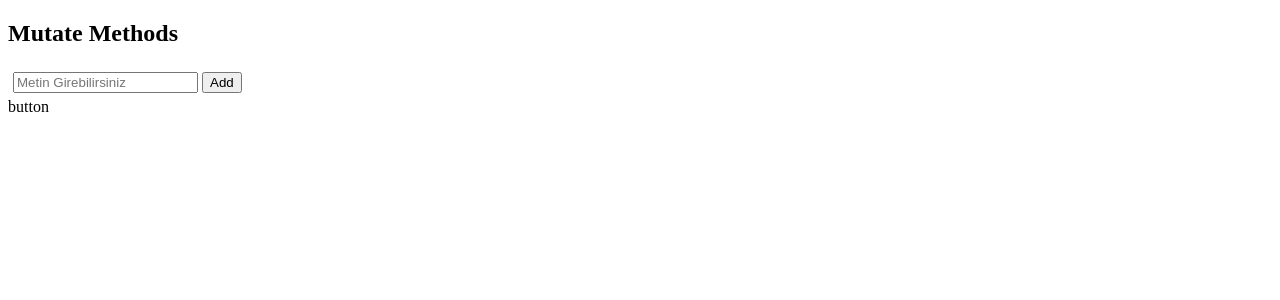
Repository: GorkemTurhan89/jsTutorial
Page: day13/51-b-practice.html
These files come from the project's save history. The page is drawn as it stood at one moment and after a run of saves; the edit follows.
The browser window is 1280 px wide. The pictures show the whole page.

Above is the page before, as saved 2024-06-20 22:24:50.

### day13/51-b-practice.html
<!DOCTYPE html>
<html lang="en">
<head>
    <meta charset="UTF-8">
    <meta name="viewport" content="width=device-width, initial-scale=1.0">
    <title>Mutate Practice Array</title>
    <style>
        .searchAndClick{
            padding: 5px;
            text-align: left;
        }
    </style>
</head>
<body>
    <h2>Mutate Methods</h2>

    <div class="searchAndClick">
        <input type="text" class="searchBox" id="searchBx" placeholder="Metin Girebilirsiniz">
        <button class="addBtn" id="addBtn">Add</button>
    </div>

    <div class="fonsiyonlar">
        button
    </div>

</body>
</html>

After the next 2 saves:
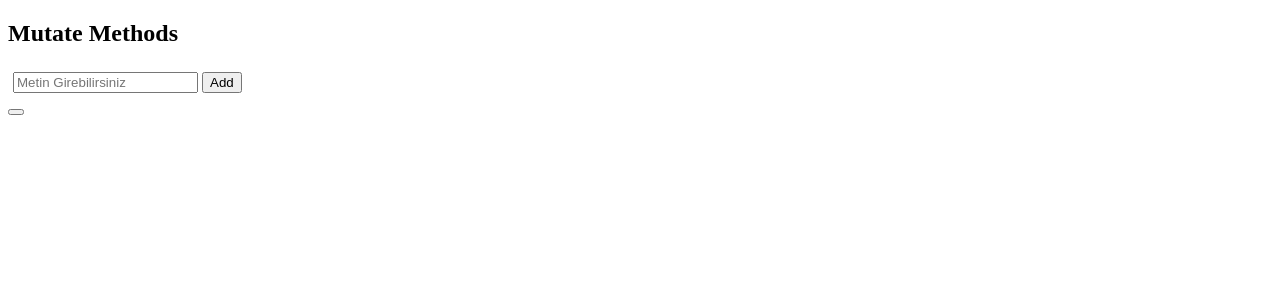
The 2 saves are shown as one change because they came seconds apart.
The last was saved 7 s later.
--- a/day13/51-b-practice.html
+++ b/day13/51-b-practice.html
@@ -20,7 +20,7 @@
     </div>
 
     <div class="fonsiyonlar">
-        button
+        <button id="Sort"></button>
     </div>
 
 </body>
